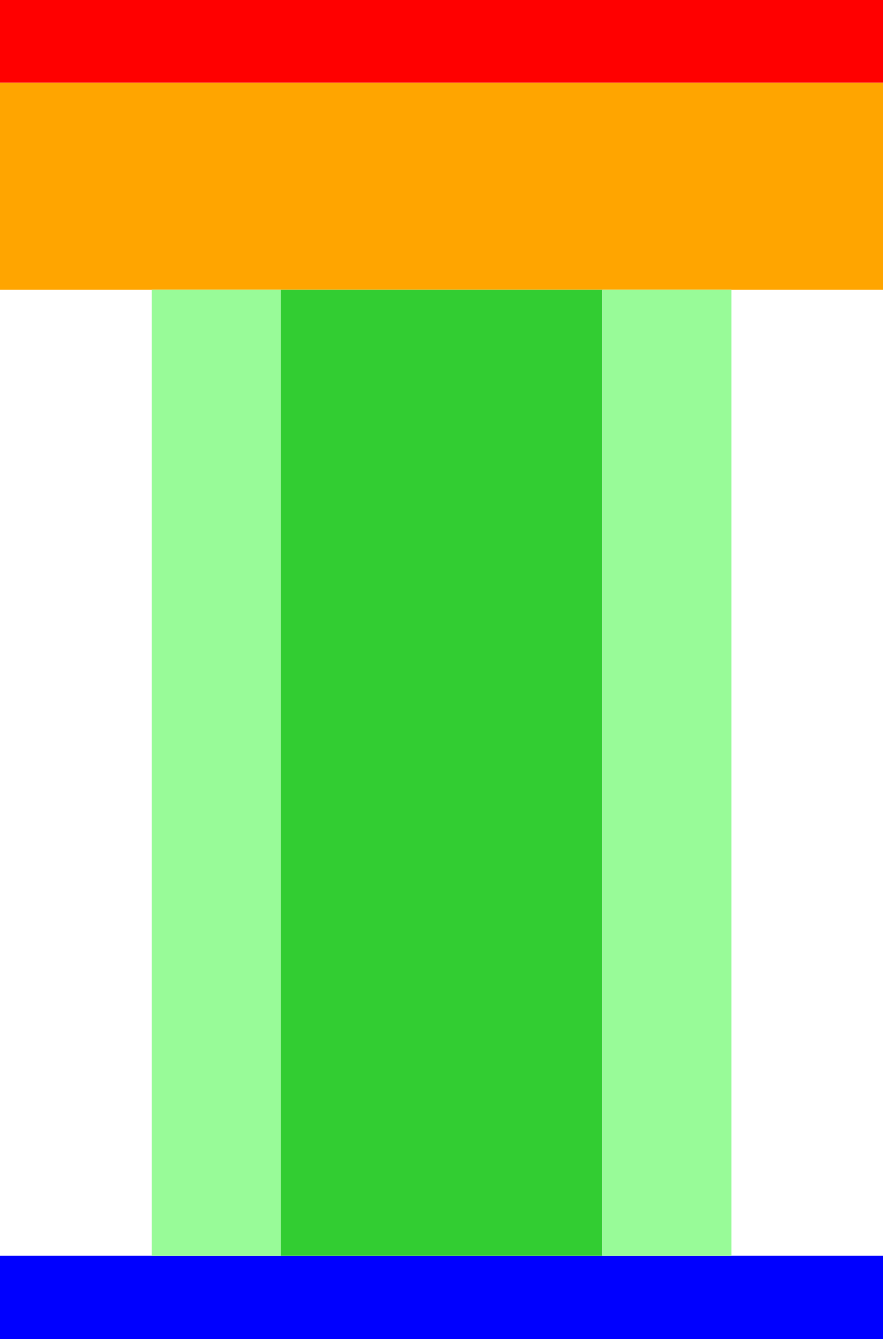
Repository: rascalNoShippo/git-practice
Page: chapter4_exercise/index.html
The author's editor kept a record of every edit. The page is drawn from the files as they stood at one moment, then again after the next edit.
The browser window is 1280 px wide. The pictures show the whole page, at 69% of full size.

Above is the page before.

After the next edit:
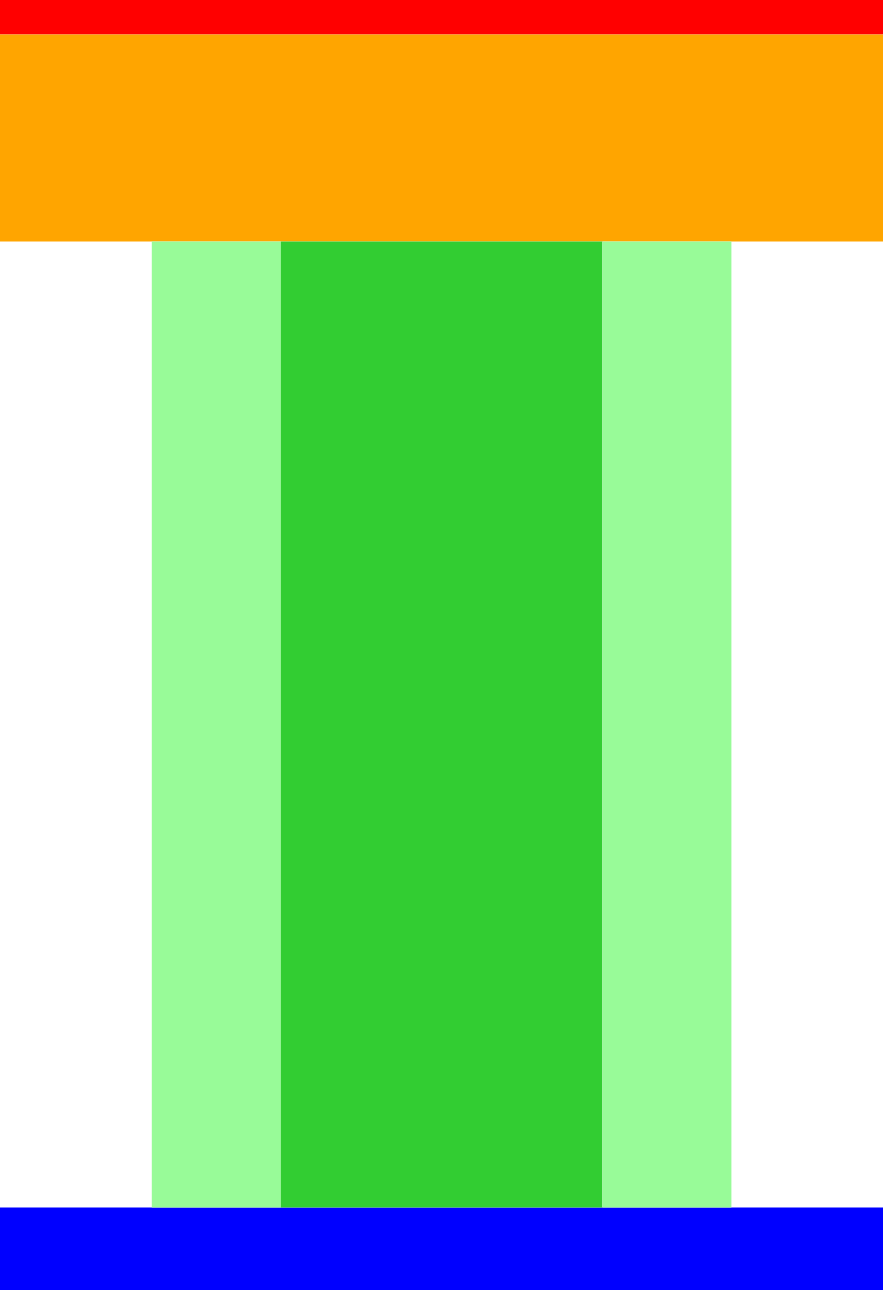
The edit:
--- a/chapter4_exercise/style.css
+++ b/chapter4_exercise/style.css
@@ -6,7 +6,7 @@
 
 .header{
   width: 100%;
-  height: 120px;
+  height: 50px;
   background-color: red;
 }
 
